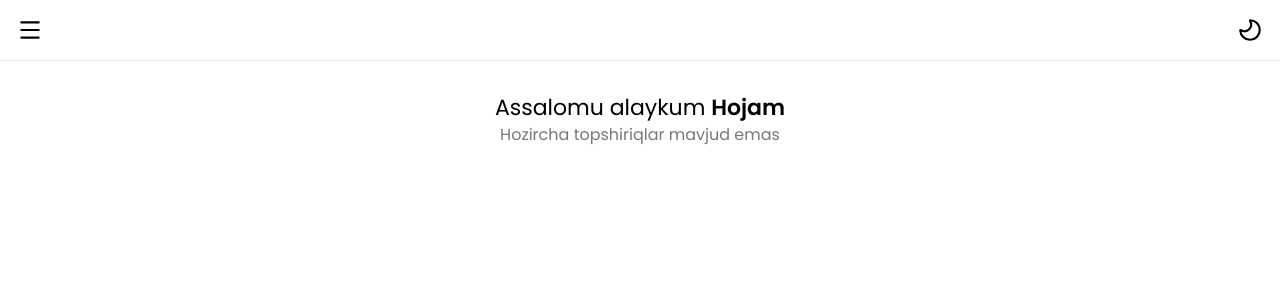
Repository: zaynobiddinovofficel-debug/KotibaAI
Page: / (app in web/)
These files come from the project's save history. The page is drawn as it stood at one moment and after a run of saves; the edit follows.
The browser window is 1280 px wide. The pictures show the whole page.
Some web fonts or font styles are not loaded; a fallback is used. The project was rebuilt for these pictures with package versions that can differ from the ones it lists, and the page was loaded fresh each time. Also part of the build but not shown: web/vite.config.js.

Above is the page before, as saved 2026-03-25 20:19:34.

After the next 2 saves:
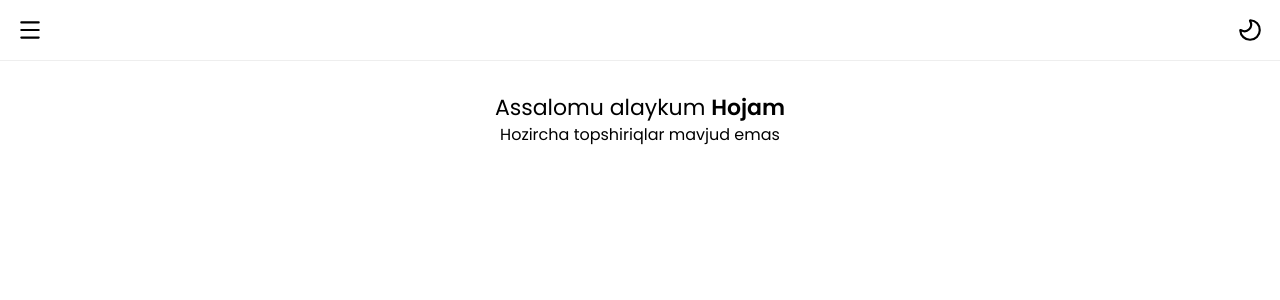
The 2 saves are shown as one change because they came seconds apart.
The last was saved 18 s later.
--- a/web/src/App.jsx
+++ b/web/src/App.jsx
@@ -19,7 +19,7 @@ export default function App() {
     <span className="text-[22px] leading-none">Assalomu alaykum <b className="font-[550]">
       {username==null?"Hojam":username}
     </b></span>
-    <span className="leading-none text-[#0008]">Hozircha topshiriqlar mavjud emas</span>
+    <span className="leading-none">Hozircha topshiriqlar mavjud emas</span>
     </div>}
     <div className="px-3 py-3 max-w-[1280px] w-full flex justify-center">
 
